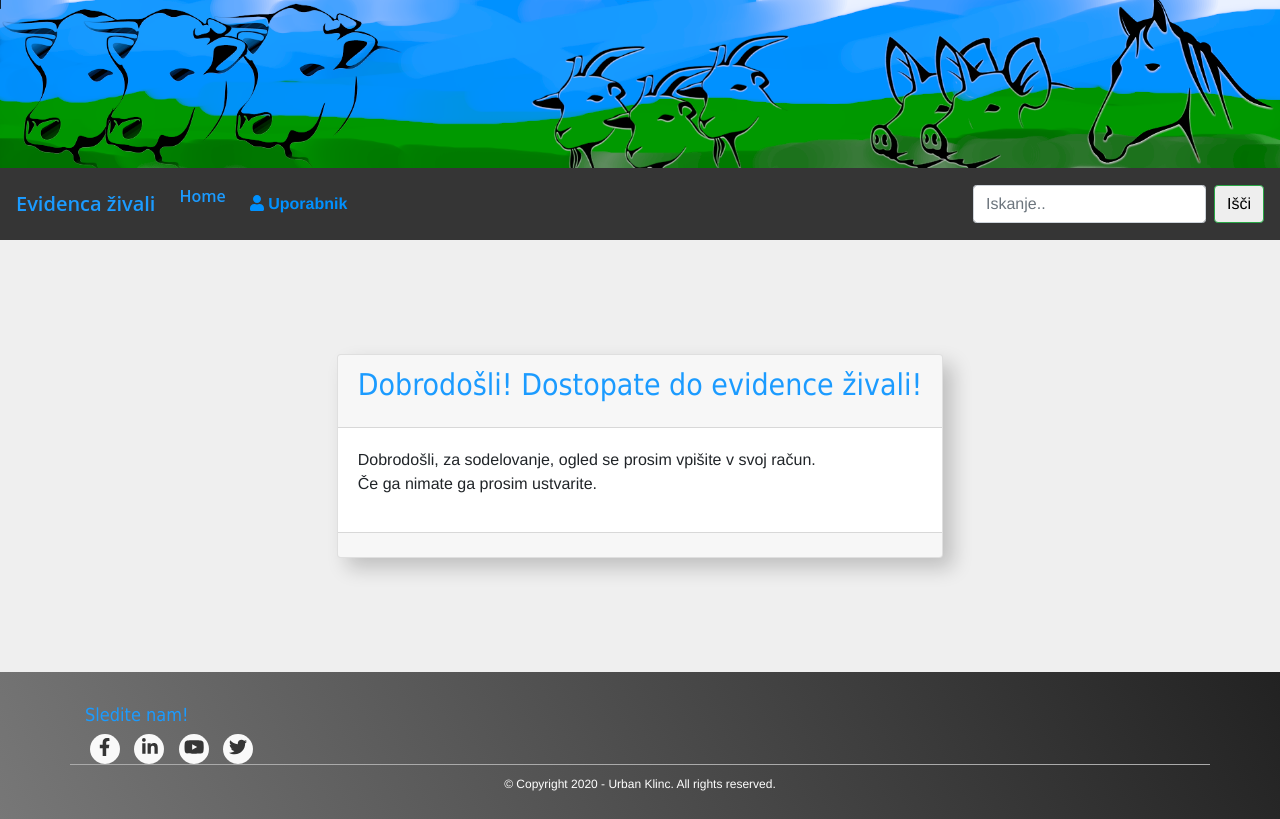
Repository: UrbyK/evidenca
Page: http://localhost/
The author's editor kept a copy of each file at every save. The page is drawn from the files as they stood at one save, then again after the next save.
The browser window is 1280 px wide. The pictures show the whole page.
Some web fonts or font styles are not loaded; a fallback is used. Some web libraries are served in a nearby version. The page is run by PHP 8.4 with error messages shown; the project is at /var/www/html/.

Above is the page before, as saved 2020-06-09 13:06:59.

### index.php
<?php

    include('./functions.php');
    $pdo = pdo_connect_mysql();

    $page = isset($_GET['page']) && file_exists($_GET['page']. '.php') ? $_GET['page'] : 'home';
    include($page . '.php');
?>

### functions.php
<?php
    session_start();
    include('./inc/dbh.inc.php');

function template_header($title){
    include_once('./header.php');
}

function template_footer(){
    include_once('./footer.php');
}

function get_animal($idanimal){
    $pdo = pdo_connect_mysql();
    $stmt = $pdo->prepare("SELECT * FROM animals WHERE idanimals = $idanimal");
    $stmt->execute();
    $result = $stmt->fetchAll(PDO::FETCH_ASSOC);
    foreach($result as $item):
        echo $item['ear_tag'] ." ".$item['name'];
    endforeach;
}

function is_admin() {
    if (isset($_SESSION['admin']) && ($_SESSION['admin'] == 1)) {
        return true;
    }
    else {
        return false;
    }
}

function get_user($userid){
    $pdo = pdo_connect_mysql();
    $stmt = $pdo->prepare("SELECT * FROM users WHERE idusers = $userid");
    $stmt->execute();
    $result = $stmt->fetchAll(PDO::FETCH_ASSOC);
    foreach($result as $item):
        return $item['username'];
    endforeach;
}

?>

### inc/dbh.inc.php
<?php
function pdo_connect_mysql(){
    /* credentials */
    $dbHost = 'localhost';
    $dbUser = 'root';
    $dbPass = '';
    $dbName = 'evidenca_zivali';

    try{
        return new PDO('mysql:host=' . $dbHost . ';dbname=' . $dbName . ';charset=utf8', $dbUser, $dbPass);
    } catch (PDOException $exception) {
    	// If there is an error with the connection, stop the script and display the error.
    	die ('Failed to connect to database!'. $exception->getMessage());
    }
}
?>

### home.php
<?php

?>

<?=template_header("Home")?>
<?php if(!isset($_SESSION['user_id'])): ?>
    <div class="row justify-content-center home-row">
        <div class="card home-card">
            <div class="card-header">
                <h1 class="card-title">Dobrodošli! Dostopate do evidence živali!</h1>
            </div>
            <div class="card-body">
                Dobrodošli, za sodelovanje, ogled se prosim vpišite v svoj račun.
                <p>Če ga nimate ga prosim ustvarite.</p>
            </div>
            <div class="card-footer">

            </div>
        </div>
    </div>
<?php endif; ?>

<?=template_footer()?>

### header.php
<!DOCTYPE htmL>
<html>
    <head>
        <meta charset="utf-8" content="text/html">
        <meta name="viewport" content="width=device-width, initi">

    <!-- JAVASCRIPT -->
        <script src="https://cdnjs.cloudflare.com/ajax/libs/javascript.util/0.12.12/javascript.util.min.js"
        integrity="sha256-eiohPQlDytO6qQO+k+xX6LyVgfXcTzlPCy9t/VjceYo="
        crossorigin="anonymous"></script>

    <!-- JQuery -->
        <script src="https://code.jquery.com/jquery-3.5.1.js"
        integrity="sha256-QWo7LDvxbWT2tbbQ97B53yJnYU3WhH/C8ycbRAkjPDc="
        crossorigin="anonymous"></script>

    <!-- BOOTSTRAP -->
        <link href="https://stackpath.bootstrapcdn.com/bootstrap/4.5.0/css/bootstrap.min.css"
        rel="stylesheet" integrity="sha384-9aIt2nRpC12Uk9gS9baDl411NQApFmC26EwAOH8WgZl5MYYxFfc+NcPb1dKGj7Sk"
        crossorigin="anonymous">
        <script src="https://stackpath.bootstrapcdn.com/bootstrap/4.5.0/js/bootstrap.min.js"
        integrity="sha384-OgVRvuATP1z7JjHLkuOU7Xw704+h835Lr+6QL9UvYjZE3Ipu6Tp75j7Bh/kR0JKI"
        crossorigin="anonymous"></script>
        <script src="https://stackpath.bootstrapcdn.com/bootstrap/4.5.0/js/bootstrap.bundle.min.js"
        integrity="sha384-1CmrxMRARb6aLqgBO7yyAxTOQE2AKb9GfXnEo760AUcUmFx3ibVJJAzGytlQcNXd"
        crossorigin="anonymous"></script>

    <!-- FONT AWSEMOE -->
        <script src="https://cdnjs.cloudflare.com/ajax/libs/font-awesome/5.12.1/js/all.min.js"
        integrity="sha256-MAgcygDRahs+F/Nk5Vz387whB4kSK9NXlDN3w58LLq0=" crossorigin="anonymous"></script>

    <!-- CSS -->
        <link rel="stylesheet" href="./css/style.css">

    <!-- Active menu item -->
        <script src="./js/active-menu.js" crossorigin="anonymous"></script>

    </head>

    <body>
        <header>
            <div class="banner"><img src="./DB/img/animal-banner.png" alt="banner"><!--<img src="https://via.placeholder.com/1900x250" alt="banner">--></div>
        </header>

       <!-- <nav class="navbar sticky-top navbar-expand-lg navbar-light bg-light ">-->
        <nav class="navbar sticky-top navbar-expand-lg">
            <a class="navbar-brand" href="./index.php">Evidenca živali</a>
            <button class="navbar-toggler" type="button" data-toggle="collapse" data-target="#navbarSupportedContent" aria-controls="navbarSupportedContent" aria-expanded="false" aria-label="Toggle navigation">
                <span class="navbar-toggler-icon"></span>
            </button>

            <div class="collapse navbar-collapse" id="navbarSupportedContent">
                <ul class="navbar-nav mr-auto">

                    <li class="nav-item">
                        <a class="nav-link" href="./index.php">Home <span class="sr-only">(current)</span></a>
                    </li>
                    <?php if(isset($_SESSION['user_id']) && !empty($_SESSION['user_id'])): ?>
                    <li class="nav-item">
                        <div class="dropdown">
                            <button class="dropbtn">Živali</button>
                            <div class="dropdown-content">
                                <a class="nav-link" href="./index.php?page=animals">Vse živali</a>
                            </div>
                        </div>
                    </li>
                    <?php endif; ?>

                    <li class="nav-item">
                        <div class="dropdown">
                            <button class="dropbtn"><i class="fas fa-user"></i> Uporabnik</button>
                            <div class="dropdown-content">
                                <?php if(empty($_SESSION['user_id'])): ?>
                                    <a class="nav-link" href="./index.php?page=login" title="Login"><i class="fas fa-sign-in-alt"></i></i> Prijava</a>
                                    <a class="nav-link" href="./index.php?page=register" title="Register"><i class="fas fa-user-plus"></i> Registracija</a>
                                <?php endif; ?>
                                <?php if(isset($_SESSION['user_id']) && !empty($_SESSION['user_id'])): ?>
                                    <a class="nav-link" href="./index.php?page=profile" title="Profil"><i class="fas fa-address-card"></i> Profil</a>
                                    <a class="nav-link" href="./index.php?page=animal-add" title="Dodaj žival">Dodaj žival</a>
                                    <a class="nav-link" href="./index.php?page=logout" title="Logout"><i class="fas fa-sign-out-alt"></i> Izpis</a>
                                <?php endif; ?>
                            </div>
                        </div>
                    </li>
                </ul>

                <form method="GET" class="form-inline my-2 my-lg-0 search-area" action="./search.php">
                    <input class="form-control mr-sm-2" type="text" name="search" placeholder="Iskanje..">
                    <button class="btn btn-outline-success my-2 my-sm-0" name="search_btn" type="submit">Išči</button>
                </form>
            </div>
        </nav>

    <div class="container-fluid">

### footer.php
</div>  <!-- container-fluid -->

<footer class="flow-footer" role="contentinfo">

<div class="footer-wrapper">
  <div class="container container-footer">
    <div class="row">
      <!-- Column-->
      <div class="col-lg-6 col-md-6 col-sm-6 col-12">
        <div class="footer-pad">
        </div> <!-- footer-pad -->
      </div> <!-- col col-lg col-md col-sm -->
      <!-- Column end -->

      <div class=" col-12">

        <h4>Sledite nam!</h4>
        <ul class="social-network social-circle">
          <li><a href="https://www.facebook.com" target="_blank" class="icoFacebook" title="Facebook"><i class="fab fa-facebook-f"></i></a></li>
          <li><a href="https://www.linkedin.com" target="_blank" class="icoLinkedin" title="Linkedin"><i class="fab fa-linkedin-in"></i></a></li>
          <li><a href="https://www.youtube.com" target="_blank" class="icoYoutube" title="Youtube"><i class="fab fa-youtube"></i></a></li>
          <li><a href="https://twitter.com" target="_blank" class="icoTwitter" title="Twitter"><i class="fab fa-twitter"></i></a></li>
        </ul>
      </div> <!-- footer-pad -->
    </div> <!-- col col-lg col-md col-sm -->

  <div class="row">
    <div class="col-12 copy">
      <p class="text-center">&copy; Copyright 2020 - Urban Klinc.  All rights reserved.</p>
    </div>
  </div> <!-- row -->

  </div> <!-- container -->
</div><!-- footer-wrapper -->

</footer>

### css/style.css
@import url('http://fonts.googleapis.com/css?family=Oxygen+Mono');
@import url('https://fonts.googleapis.com/css?family=Damion|Neucha|Pacifico|Yellowtail&display=swap');
@import url('https://fonts.googleapis.com/css?family=Raleway:300,400,600');

* {
    text-decoration: none;
}

body{
    padding: 0;
    margin: 0 auto;
    font-size: 16px;
    font-family: 'Josefin Slab', Helvetica, Palatino, Verdana, sans-serif;
    background-color: #efefef;
}

a{
    color: #1b9bff;
    font-family: "Open Sans", Helvetica, sans-serif;

}

h1, h2, h3, h4, h5, h6{
    color: #1b9bff;
    font-family: 'Oxygen Mono', Tahoma, Arial, sans-serif;
/*font-family: 'Oxygen Mono', Tahoma, Arial, sans-serif;*/
}

h1{
    font-size: 30px;
}

h2{
    font-size: 26px;
}

h3{
    font-size: 22px;
}

h4{
    font-size: 18px;
}

h5{
    font-size: 14px;
}

h6{
    font-size: 10px;
}

/* ========= HEADER ======== */

/*Banner*/
header .banner{
    max-width: 100%;
    max-height: 250px;
    min-height: 50px;
    height: auto;
    position: relative;
    top: 0px;
    margin: 0 auto;
/*background-image: url(../img/animals-2222007_1920.jpg);*/
}

header .banner img{
    max-width: 100%;
    width: 100%;
    max-height: 250px;
    min-height: 50px;
    height: auto;
    position: relative;
    top: 0px;
    margin: 0 auto;
}

/* hide banner */
@media all and (max-width: 800px){
.banner{
    display: none;
    }
}

/* NAVBAR */

.navbar {
    background-color: #353535;
    color: #0091ff;
    font-weight: 600;
}

.active {
    border-bottom: 2px solid #1b9bff;
}

.navbar button {
    background-color: #eee;
    color: #010101;
    font-weight: 550;
}

.navbar button i {
    margin: auto;
}
.navbar .dropdown .dropbtn{
    background-color: inherit;
    color: inherit;
    font: inherit;
}

/* to override the existing css for "a" tag */
.navbar .active a {
    color: #fff;
}

#navbarToggler ul li {
    border-right: 1px solid #eee;
}

#navbarToggler ul li:last-child {
    border-right: none;
}

/* shoping cart icon */
.link-icons {
    display: flex;
    flex-grow: 1;
    flex-basis: 0;
    justify-content: flex-end;
    align-items: center;
    position: relative;
    max-width: 50px;
}
.link-icons a {
    text-decoration: none;
    color: #63748e;
    padding: 0 10px;
}
.link-icons a:hover {
    color: #8e97a5;
}
.link-icons a i {
    font-size: 18px;
}
.link-icons a span {
    display: inline-block;
    text-align: center;
    background-color: #63748e;
    border-radius: 50%;
    color: #FFFFFF;
    font-size: 12px;
    line-height: 16px;
    width: 16px;
    height: 16px;
    font-weight: bold;
    position: absolute;
    top: 22px;
    right: 0;
}

/* HOVER DROPDOWN */
.dropbtn {
    color: inherit;
    padding: 16px;
    font-size: 16px;
    border: none;
}

.dropbtn:hover {
    color: inherit;
}

/* The container <div> - needed to position the dropdown content */
.dropdown {
    position: relative;
    display: inline-block;
}

/* Dropdown Content (Hidden by Default) */
.dropdown-content {
    display: none;
    position: absolute;
    background-color: #757575;
    min-width: 160px;
    box-shadow: 0px 8px 16px 0px rgba(0,0,0,0.2);
    z-index: 1;
}

/* Links inside the dropdown */
.dropdown-content a {
    color: #fff;
    padding: 12px 16px;
    text-decoration: none;
    display: block;
}

/* Change color of dropdown links on hover */
.dropdown-content a:hover {
    background-color: #009900;
    color: #111;
}

/* Show the dropdown menu on hover */
.dropdown:hover .dropdown-content {
    display: block;
}

/* Change the background color of the dropdown button when the dropdown content is shown */
.dropdown:hover .dropbtn {
    background-color: #1b9bff;
    color: #fff;
}

/* FOOTER */
footer {
    background: #535355;
    background: -webkit-linear-gradient(63deg, #777777, #222222);
    background: linear-gradient(63deg, #777777, #222222);
    color: white;
    }

footer a {
    color: #fefefe;
    font-size: 14px;
    transition-duration: 0.2s;
}

footer a:hover {
    color: #1b9bff;
    text-decoration: none;
}

.copy {
    font-size: 12px;
    padding: 10px;
    border-top: 1px solid #aaa;
}

.footer-wrapper {
    padding-top: 2em;
    color: white;
}



/*SOCIAL ICONS*/
/* footer social icons */

ul.social-network {
    list-style: none;
    display: inline;
    margin-left: 0 !important;
    padding: 0;
}

ul.social-network li {
    display: inline;
    margin: 0 5px;
}


/* footer social icons */

.social-network a.icoFacebook:hover {
background-color: #3B5998;
}

.social-network a.icoLinkedin:hover {
background-color: #007bb7;
}

.social-network a.icoYoutube:hover {
    background-color: #FF0000;
}

.social-network a.icoTwitter:hover {
    background-color: #00aced;
}

.social-network a.icoFacebook:hover i,
.social-network a.icoLinkedin:hover i,
.social-network a.icoYoutube:hover i,
.social-network a.icoTwitter:hover i{
    color: #fff;
}

.social-network a.socialIcon:hover,
.socialHoverClass {
    color: #44BCDD;
}

.social-circle li a {
    display: inline-block;
    position: relative;
    margin: 0 auto 0 auto;
    -moz-border-radius: 50%;
    -webkit-border-radius: 50%;
    border-radius: 50%;
    text-align: center;
    width: 30px;
    height: 30px;
    font-size: 18px;
    color: #353535;
}

.social-circle li i {
    margin: 0;
    line-height: 30px;
    text-align: center;
}

.social-circle li a:hover {
    -moz-transform: rotate(360deg);
    -webkit-transform: rotate(360deg);
    -ms--transform: rotate(360deg);
    transform: rotate(360deg);
    -webkit-transition: all 0.6s;
    -moz-transition: all 0.6s;
    -o-transition: all 0.6s;
    -ms-transition: all 0.6s;
    transition: all 0.6s;
    color: #fff;
}

.social-circle i {
    color: #353535;
    -webkit-transition: all 0.8s;
    -moz-transition: all 0.8s;
    -o-transition: all 0.8s;
    -ms-transition: all 0.8s;
    transition: all 0.8s;
}
/* backgounf of icons when displayed */
.social-network a {
    background-color: #f9f9f9;
}


/* FORMS */
input{
    border: 1px solid #ced4da;
    border-radius: .20rem;
    transition: border-color .15s ease-in-out, box-shadow .15s ease-in-out;
}

/* LOGIN && REGISTRATION FORMS */

.my-form
{
    padding-top: 1.5rem;
    padding-bottom: 1.5rem;
    font-family: Raleway, sans-serif;
}

.my-form h1{
    font-family: inherit;
}

.my-form .row
{
    margin-left: 0;
    margin-right: 0;
}

.form-control{
    border: 1px solid #ced4da;
    border-radius: .20rem;
    transition: border-color .15s ease-in-out, box-shadow .15s ease-in-out;
}
.card {
    box-shadow: 10px 10px 20px rgba(0,0,0,0.2);
}

/* HOVER BOX */

.hvrbox,
.hvrbox * {
  box-sizing: border-box;
}

.hvrbox {
  position: relative;
  display: inline-block;
  overflow: hidden;

  height: 100%;
  width: auto;
  margin-top: 5%;
  padding-bottom: 10px;

  border-bottom: 1px dashed #aaa;
}

.hvrbox img {
  max-width: 100%;
  margin: auto;
}

.hvrbox .hvrbox-layer_bottom {
  display: block;
}

.hvrbox .hvrbox-layer_top {
  opacity: 0;
  position: absolute;
  top: 0;
  left: 0;
  right: 0;
  bottom: 0;
  width: 100%;
  height: 100%;
  background: rgba(0, 0, 0, 0.6);
  color: #fff;
  padding: 15px;
  -moz-transition: all 0.5s ease-in-out 0s;
  -webkit-transition: all 0.5s ease-in-out 0s;
  -ms-transition: all 0.5s ease-in-out 0s;
  transition: all 0.5s ease-in-out 0s;
}

.hvrbox:hover .hvrbox-layer_top,
.hvrbox.active .hvrbox-layer_top {
  opacity: 1;
  height: 100%;
}

.hvrbox .hvrbox-text {
  text-align: center;
  font-size: 17px;
  display: inline-block;
  position: absolute;
  top: 50%;
  left: 50%;
  -moz-transform: translate(-50%, -50%);
  -webkit-transform: translate(-50%, -50%);
  -ms-transform: translate(-50%, -50%);
  transform: translate(-50%, -50%);
}

.hvrbox .hvrbox-text_mobile {
  font-size: 15px;
  border-top: 1px solid rgb(179, 179, 179); /* for old browsers */
  border-top: 1px solid rgba(179, 179, 179, 0.7);
  margin-top: 5px;
  padding-top: 2px;
  display: none;
}

.hvrbox.active .hvrbox-text_mobile {
  display: block;
}

.hvrbox .hvrbox-layer_slideup {
  -moz-transform: translateY(100%);
  -webkit-transform: translateY(100%);
  -ms-transform: translateY(100%);
  transform: translateY(100%);
}

.hvrbox:hover .hvrbox-layer_slideup,
.hvrbox.active .hvrbox-layer_slideup {
  -moz-transform: translateY(0);
  -webkit-transform: translateY(0);
  -ms-transform: translateY(0);
  transform: translateY(0);
}

.hvrbox:hover .price{
  color: #fff;
  -moz-transition: color 0.8s ease 0s;
  -webkit-transition: color 0.8s ease 0s;
  -ms-transition: color 0.8s ease 0s;
  transition: color 0.8s ease 0s;
}

.btn-container{
    max-width: 300px;
    margin: 10px auto;
    text-align: center;
  }

  .btn.active, .btn:active {
    background: #cecece;
    text-decoration: none;
}

/* ANIMAL SHOW */
.animal-table{
    margin: 5px;
}
.animal-table table{
    width: 100%;
}

.animal-table table th{
    font-size: 20px;
    font-weight: 600;
}

.animal-table table,
.animal-table table tr td,
.animal-table table tr th{
    margin: 15px auto 0 auto;
    border: 2px solid #353535;
    box-shadow: 0 0 0 3px hsl(0, 0%, 70%);
    max-height: 150px;
}

.animal-table table td{
    min-width: 100px;
    max-height: 150px;

}


.animal-table{
	display: flex;
    padding: 15px 25px 15px 0px;
}

.animal img{
  max-width: 100%;
  margin: 0 auto;
  border: 2px solid #aaa;
  border-radius: 10px;
  align-content: center;
}

.animal-info{
  margin: auto 0;
  padding-right: 5%;
  padding-bottom: 55px;
  background-color: #efefef;
}

.animal-info h1 {
	font-size: 34px;
	font-weight: normal;
	margin: 0;
  padding: 20px 0 10px 0;
  color: #1b9bff;
  font-family:  'Franklin Gothic Medium', 'Arial Narrow', Arial, sans-serif;
}

.home-row{
    height: 60vh;
}

.home-card{
    margin: auto;
}

.table tr td{
    font-size: 18px;
    font-weight: 800;
}
.controls{
    margin-top: 10px;
}


.comments{
    margin-left: 25px;
    max-width: 750px;
}

.comments .card{
    width: 100%;
}

textarea#styled {
    max-width: 600px;
    width: 400px;
	height: 120px;
	border: 3px solid #cccccc;
	padding: 5px;
	font-family: Tahoma, sans-serif;
	background-image: url(bg.gif);
	background-position: bottom right;
	background-repeat: no-repeat;
}

/* COMMENTS */
.row .acomment{
    border: 1px solid #353535;
    box-shadow: 0px 8px 16px 0px rgba(0,0,0,0.2);
}
.checked{
    color: #009900;
}

### js/active-menu.js
$(function(){
    // this will get the full URL at the address bar
    var url = window.location.href;

    // passes on every "a" tag
    $(".navbar a").each(function() {
            // checks if its the same on the address bar
        if(url == (this.href)) {
            $(this).closest("li").addClass("active");
        }
    });
});

After the next save:
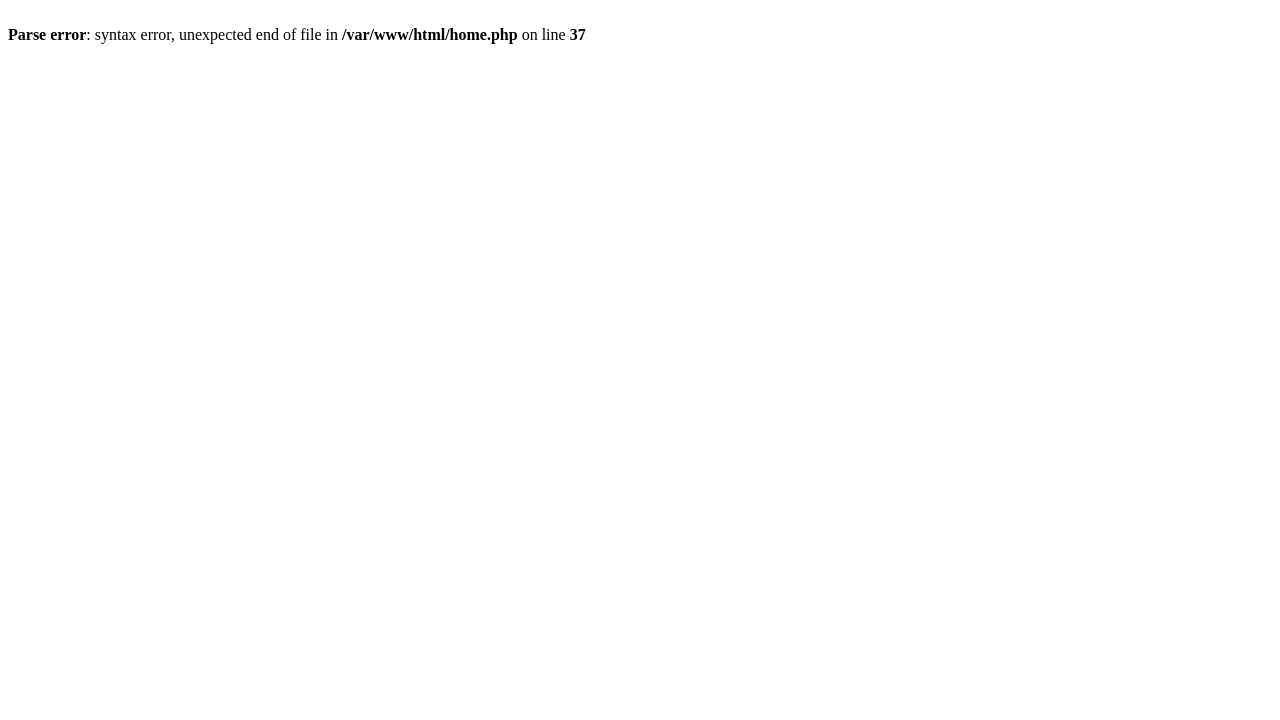
Saved 46 s later.
--- a/home.php
+++ b/home.php
@@ -18,6 +18,20 @@
             </div>
         </div>
     </div>
-<?php endif; ?>
+<?php else: ?>
+    <div class="row justify-content-center home-row">
+        <div class="card home-card">
+            <div class="card-header">
+                <h1 class="card-title">Dobrodošli! <?=get_animal($_SESSION['user_id'])?></h1>
+            </div>
+            <div class="card-body">
+                Dobrodošli, za sodelovanje, ogled se prosim vpišite v svoj račun.
+                <p>Če ga nimate ga prosim ustvarite.</p>
+            </div>
+            <div class="card-footer">
+
+            </div>
+        </div>
+    </div>
 
 <?=template_footer()?>

After the save that followed:
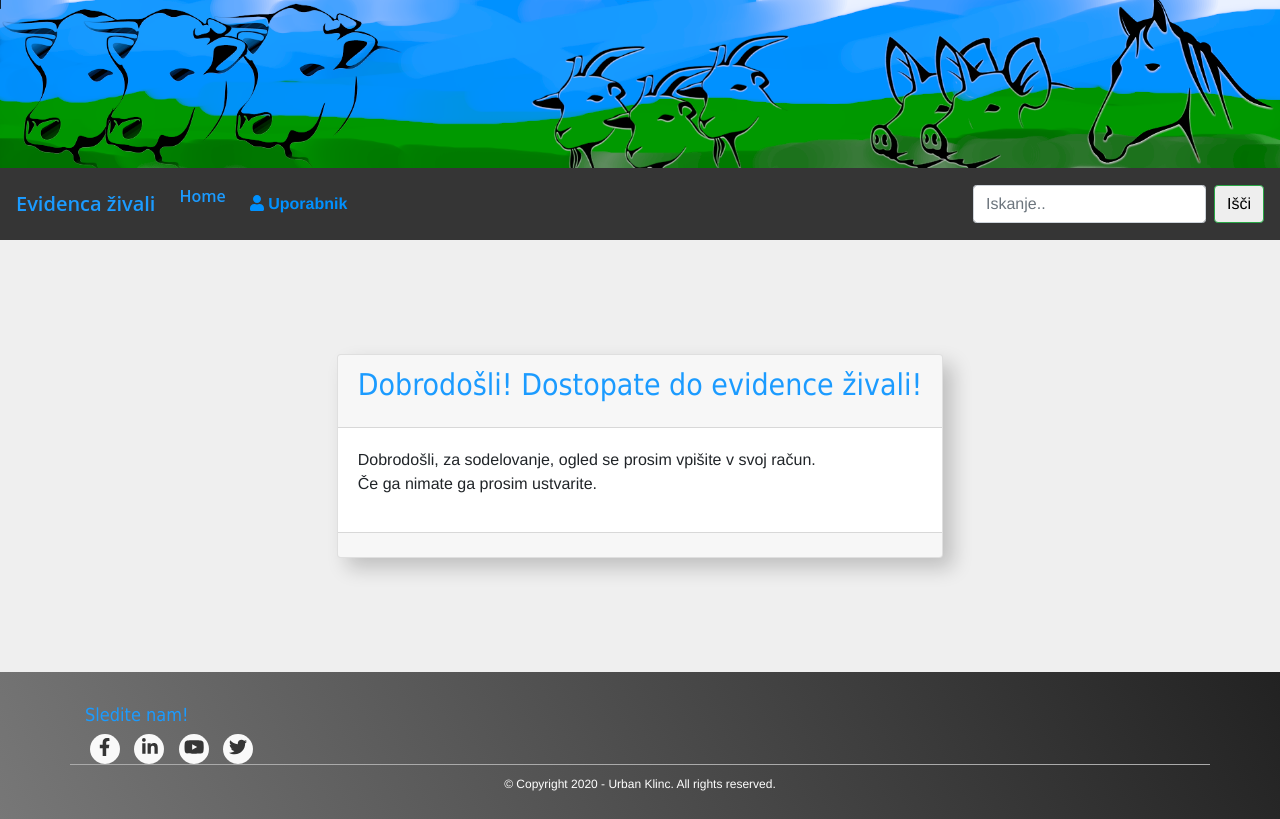
Saved 18 s later.
--- a/home.php
+++ b/home.php
@@ -33,5 +33,6 @@
             </div>
         </div>
     </div>
+<?php endif; ?>
 
 <?=template_footer()?>
